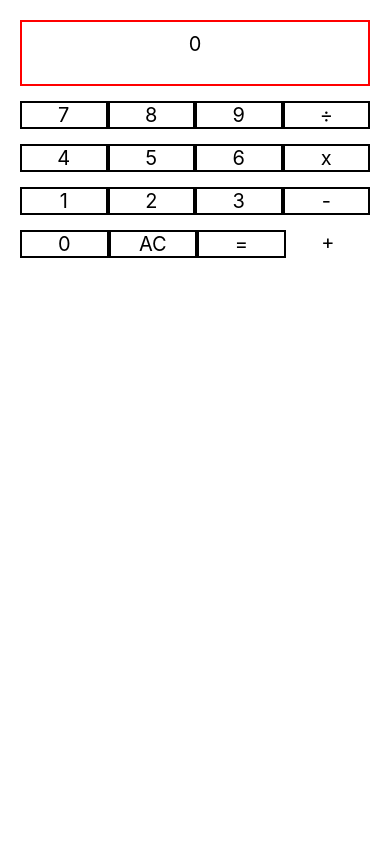
Repository: jeanphael/MyAppReact
Screen: /
An editor plug-in stored every save of this project. The screen is shown before and after the next save, followed by the edit.
The app was drawn by React Native's web renderer in a window 390 px wide. The project was rebuilt for these pictures with package versions that can differ from the ones it lists, and the page was loaded fresh each time. Some packages were replaced by stand-ins written for this rebuild.

Above is the screen before, as saved 2021-10-14 11:39:44.

After the next save:
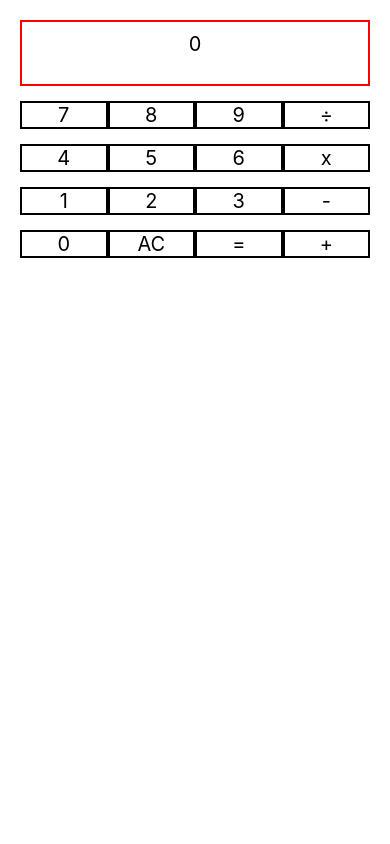
Saved 37 s later.
--- a/App.js
+++ b/App.js
@@ -185,7 +185,7 @@ export default class App extends React.Component {
               =
             </Text>
           </TouchableOpacity>
-          <TouchableOpacity style={{flex:1}}>
+          <TouchableOpacity style={{borderColor:'grew',borderWidth:2,flex:1}} onPress={() => this.onSigneClicked('+')}>
 
             <Text style={{ fontSize: 20, alignSelf: 'center' }}>
               +
